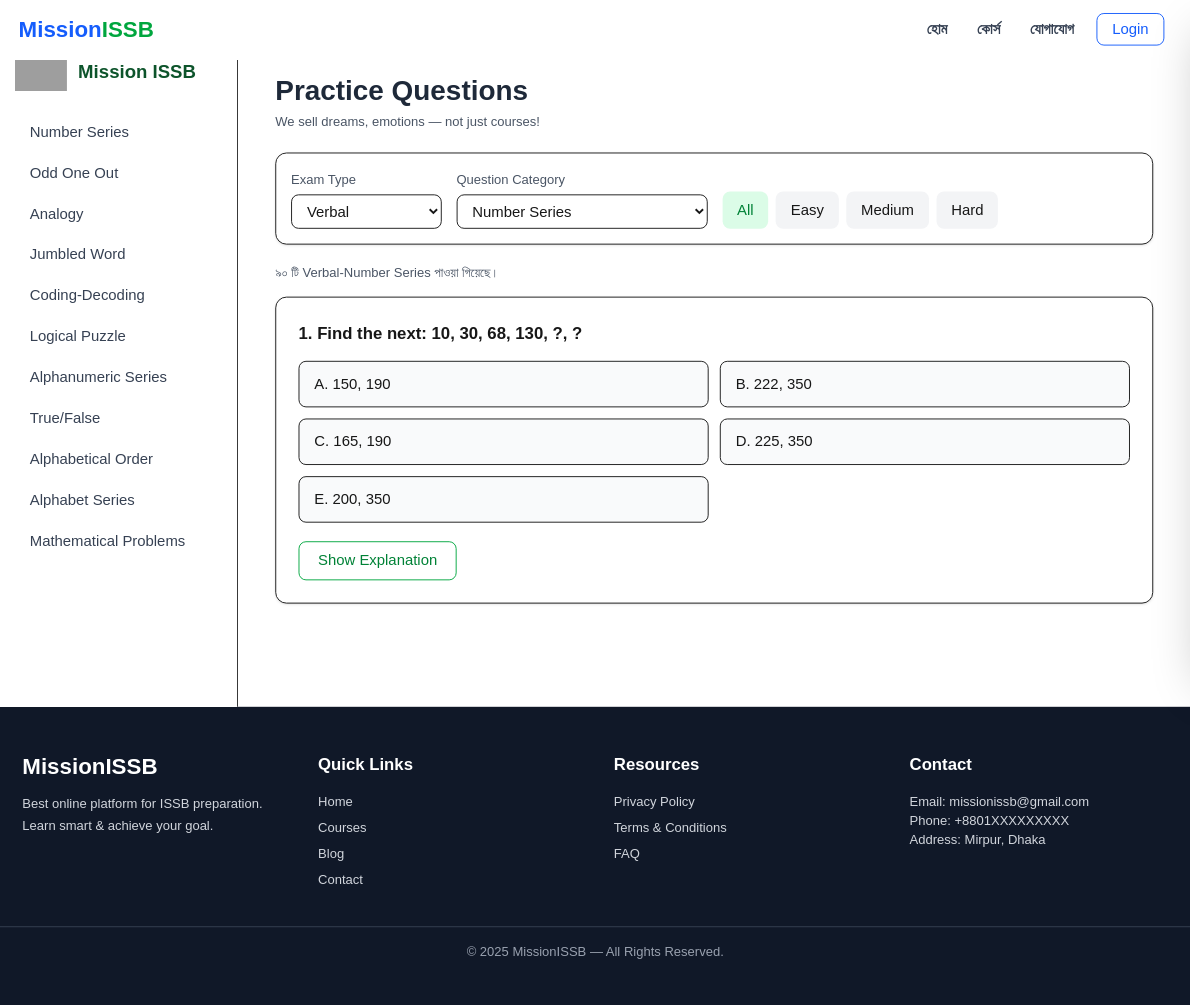
Repository: mdmuhibullahhabib/missionissb
Page: /issb/iq-practice
The author's editor kept a copy of each file at every save. The page is drawn from the files as they stood at one save, then again after a run of saves.
The browser window is 1280 px wide. The pictures show the whole page, at 93% of full size.
Pictures or frames that could not be fetched are drawn as grey boxes. The page's requests for data from a server got no answer. The project was rebuilt for these pictures with package versions that can differ from the ones it lists, and the page was loaded fresh each time. The framework's server and built-in components were replaced by stand-ins that run in the browser. No one was signed in, and anything a server would have sent is missing. Also part of the build but not shown: next.config.mjs.

Above is the page before, as saved 2025-12-11 23:42:18.

### app/layout.js
import { Geist, Geist_Mono } from 'next/font/google'
import './globals.css'
import Footer from '@/components/shared/Footer'
import Navbar from '@/components/shared/Navbar'
import NextAuthProvider from './providers/NextAuthProvider'
import LayoutWrapper from '@/components/LayoutWrapper'

const geistSans = Geist({
  variable: '--font-geist-sans',
  subsets: ['latin']
})

const geistMono = Geist_Mono({
  variable: '--font-geist-mono',
  subsets: ['latin']
})

export const metadata = {
  title: 'Mission ISSB',
  description: 'Generated by create next app'
}

export default function RootLayout({ children }) {
  return (
    <html lang='en' suppressHydrationWarning={true}>
      <body
        className={`${geistSans.variable} ${geistMono.variable} antialiased`}
      >
        <NextAuthProvider>

                    <LayoutWrapper>{children}</LayoutWrapper>


          {/* <Navbar />

          {children}

          <Footer /> */}
        </NextAuthProvider>
      </body>
    </html>
  )
}

### app/issb/iq-practice/page.jsx
"use client";

import React from 'react'
import AsideMenu from './components/AsideMenu';
import PracticeQuestions from './components/PracticeQuestions';

const IqPracticePage = () => {
  return (
    <div className='mt-10 flex'>
        <AsideMenu/>
        <PracticeQuestions/>
        </div>
  )
}

export default IqPracticePage

### components/shared/Footer.jsx
"use client";
import Link from "next/link";

export default function Footer() {
  return (
    <footer className="bg-gray-900 text-gray-300 py-12">
      <div className="max-w-7xl mx-auto grid grid-cols-1 md:grid-cols-4 gap-10 px-6">

        {/* Column 1 */}
        <div>
          <h2 className="text-2xl font-bold text-white">MissionISSB</h2>
          <p className="mt-3 text-sm leading-6">
            Best online platform for ISSB preparation.
            Learn smart & achieve your goal.
          </p>
        </div>

        {/* Column 2 */}
        <div>
          <h3 className="text-lg font-semibold text-white mb-4">Quick Links</h3>
          <ul className="space-y-2 text-sm">
            <li><Link href="/" className="hover:text-white">Home</Link></li>
            <li><Link href="/courses" className="hover:text-white">Courses</Link></li>
            <li><Link href="/blog" className="hover:text-white">Blog</Link></li>
            <li><Link href="/contact" className="hover:text-white">Contact</Link></li>
          </ul>
        </div>

        {/* Column 3 */}
        <div>
          <h3 className="text-lg font-semibold text-white mb-4">Resources</h3>
          <ul className="space-y-2 text-sm">
            <li><Link href="/privacy" className="hover:text-white">Privacy Policy</Link></li>
            <li><Link href="/terms" className="hover:text-white">Terms & Conditions</Link></li>
            <li><Link href="/faq" className="hover:text-white">FAQ</Link></li>
          </ul>
        </div>

        {/* Column 4 */}
        <div>
          <h3 className="text-lg font-semibold text-white mb-4">Contact</h3>
          <p className="text-sm">Email: missionissb@gmail.com</p>
          <p className="text-sm">Phone: +8801XXXXXXXXX</p>
          <p className="text-sm">Address: Mirpur, Dhaka</p>
        </div>
      </div>

      <div className="mt-10 border-t border-gray-700 pt-4 text-center text-gray-400 text-sm">
        © {new Date().getFullYear()} MissionISSB — All Rights Reserved.
      </div>
    </footer>
  );
}

### components/shared/Navbar.jsx
"use client";
import { useState, useEffect } from "react";
import Link from "next/link";
import { FiMenu, FiX } from "react-icons/fi";
import { useSession } from "next-auth/react";
import { useRouter } from "next/navigation";
import DrawerMenu from "../user/UserDrawerMenu";


// Fake user data
const fakeUser = {
    name: "Muhibullah Habib",
    email: "muhib@example.com",
    avatar: "https://i.pravatar.cc/100?img=11",
    role: "admin",
};

export default function Navbar() {
    const [open, setOpen] = useState(false);
    const [scroll, setScroll] = useState(false);
    const router = useRouter();
        const [drawerOpen, setDrawerOpen] = useState(false);
    const [userDrawerOpen, setUserDrawerOpen] = useState(false);
    const { data: session, status } = useSession();
    console.log(session)
    console.log(status)

    // Scroll detection for shadow effect
    useEffect(() => {
        const handleScroll = () => {
            setScroll(window.scrollY > 10);
        };
        window.addEventListener("scroll", handleScroll);
        return () => window.removeEventListener("scroll", handleScroll);
    }, []);

    const navLinks = [
        { name: "হোম", href: "/" },
        { name: "কোর্স", href: "/courses" },
        { name: "যোগাযোগ", href: "/contact" },
    ];

    // User icon click
    const handleUserClick = () => {
        if (status == "authenticated") {
            setUserDrawerOpen(true);
        } else {
            router.push("/auth");
        }
    };

    return (
        <>
            <nav
                className={`w-full fixed top-0 z-50 transition-all ${scroll ? "bg-white shadow-md" : "bg-white"
                    }`}
            >
                <div className="max-w-7xl mx-auto px-5 py-3 flex justify-between items-center">

                    {/* Logo */}
                    <Link href="/" className="text-2xl font-bold text-blue-600">
                        Mission<span className="text-green-600">ISSB</span>
                    </Link>


                    {/* Auth Buttons */}
                    <div className="hidden items-center md:flex gap-4">
                        {/* Desktop Menu */}
                        <div className="hidden md:flex gap-8">
                            {navLinks.map((link) => (
                                <Link
                                    key={link.name}
                                    href={link.href}
                                    className="text-gray-700 font-semibold hover:text-blue-600 transition font-medium"
                                >
                                    {link.name}
                                </Link>
                            ))}
                        </div>

                        {/* User Icon */}
                        <button
                            onClick={handleUserClick}
                            className="p-2 rounded-full hover:bg-gray-100 transition duration-150"
                        >
                            {status == "authenticated" ? (
                                <img
                                    src={fakeUser?.avatar}
                                    alt="user"
                                    className="h-8 w-8 rounded-full border"
                                />
                            ) : (
                                <Link
                                    href="/auth"
                                    className="px-4 py-2 border border-blue-600 text-blue-600 rounded-lg hover:bg-blue-600 hover:text-white transition"
                                >
                                    Login
                                </Link>
                            )}
                        </button>
                    </div>

                    {/* Mobile Toggle */}
                    <button onClick={() => setOpen(!open)} className="md:hidden text-3xl">
                        {open ? <FiX /> : <FiMenu />}
                    </button>
                </div>

                {/* Mobile Menu */}
                <div
                    className={`md:hidden bg-white fixed top-[64px] left-0 w-full h-screen transition-all duration-300 ${open ? "translate-y-0 opacity-100" : "-translate-y-5 opacity-0 pointer-events-none"
                        }`}
                >
                    <div className="flex flex-col gap-6 px-6 py-6 text-lg">
                        {navLinks.map((link) => (
                            <Link
                                key={link.name}
                                href={link.href}
                                onClick={() => setOpen(false)}
                                className="text-gray-700 hover:text-blue-600"
                            >
                                {link.name}
                            </Link>
                        ))}

                        <hr />

                        <Link
                            href="/auth/login"
                            onClick={() => setOpen(false)}
                            className="text-blue-600 font-semibold"
                        >
                            Login
                        </Link>
                    </div>
                </div>
            </nav>

            <DrawerMenu
                isOpen={userDrawerOpen}
                onClose={() => setUserDrawerOpen(false)}
                // user={user}
            />
        </>
    );
}

### app/providers/NextAuthProvider.jsx
"use client"
import { SessionProvider } from 'next-auth/react'
import React from 'react'

const NextAuthProvider = ({ children }) => {
    return <SessionProvider>{children}</SessionProvider>
}

export default NextAuthProvider;

### components/LayoutWrapper.jsx
"use client";

import { usePathname } from "next/navigation";
import Navbar from "./shared/Navbar";
import Footer from "./shared/Footer";

export default function LayoutWrapper({ children }) {
  const pathname = usePathname();
  const isAdmin = pathname.startsWith("/admin");
  const isAuth = pathname.startsWith("/auth");

  return (
    <>
      {!isAdmin && !isAuth && <Navbar />}

      <main>{children}</main>

      {!isAdmin && !isAuth && <Footer />}
    </>
  );
}

### app/issb/iq-practice/components/AsideMenu.jsx
"use client";

import Link from "next/link";

export default function AsideMenu() {
  const menu = [
    "Number Series",
    "Odd One Out",
    "Analogy",
    "Jumbled Word",
    "Coding-Decoding",
    "Logical Puzzle",
    "Alphanumeric Series",
    "True/False",
    "Alphabetical Order",
    "Alphabet Series",
    "Mathematical Problems",
  ];

  return (
    <aside className="w-full md:w-64 bg-white border-r h-full md:h-screen p-4 overflow-y-auto sticky top-0">
      {/* Logo */}
      <div className="flex items-center gap-3 mb-6">
        <img src="/logo.png" alt="Mission ISSB" className="w-14" />
        <h2 className="text-xl font-bold text-green-900">Mission ISSB</h2>
      </div>

      {/* Menu */}
      <div className="space-y-1">
        {menu.map((item, idx) => (
          <Link
            key={idx}
            href={`/iq-practice/${item.toLowerCase().replace(/\s+/g, "-")}`}
            className="block px-4 py-2 rounded-lg text-gray-700 hover:bg-green-100 hover:text-green-700 transition"
          >
            {item}
          </Link>
        ))}
      </div>
    </aside>
  );
}

### app/issb/iq-practice/components/PracticeQuestions.jsx
"use client";

import { useState } from "react";

export default function PracticeQuestions() {
  const [showExplanation, setShowExplanation] = useState(false);

  return (
    <div className="flex-1 p-4 md:p-10">

      {/* Header */}
      <h1 className="text-3xl font-bold text-gray-800">Practice Questions</h1>
      <p className="text-gray-600 mt-1 text-sm">
        We sell dreams, emotions — not just courses!
      </p>

      {/* Filters */}
      <div className="mt-6 bg-white p-4 rounded-xl shadow-sm border flex flex-col md:flex-row gap-4">
        {/* Exam Type */}
        <div>
          <label className="text-gray-600 text-sm">Exam Type</label>
          <select className="mt-1 border px-3 py-2 rounded-lg w-full">
            <option>Verbal</option>
          </select>
        </div>

        {/* Category */}
        <div>
          <label className="text-gray-600 text-sm">Question Category</label>
          <select className="mt-1 border px-3 py-2 rounded-lg w-full">
            <option>Number Series</option>
          </select>
        </div>

        {/* Difficulty */}
        <div className="flex items-end gap-2">
          <button className="px-4 py-2 rounded-lg bg-green-100 text-green-700 font-medium">
            All
          </button>
          <button className="px-4 py-2 rounded-lg bg-gray-100">Easy</button>
          <button className="px-4 py-2 rounded-lg bg-gray-100">Medium</button>
          <button className="px-4 py-2 rounded-lg bg-gray-100">Hard</button>
        </div>
      </div>

      {/* Count */}
      <p className="mt-5 text-gray-600 text-sm">৯০ টি Verbal-Number Series পাওয়া গিয়েছে।</p>

      {/* Question Card */}
      <div className="mt-4 bg-white border p-6 rounded-xl shadow-sm">
        <h3 className="font-semibold text-lg">
          1. Find the next: 10, 30, 68, 130, ?, ?
        </h3>

        {/* Options */}
        <div className="mt-4 grid grid-cols-1 md:grid-cols-2 gap-3">
          {["150, 190", "222, 350", "165, 190", "225, 350", "200, 350"].map(
            (opt, i) => (
              <div
                key={i}
                className={`px-4 py-3 rounded-lg border bg-gray-50 hover:bg-gray-100 cursor-pointer`}
              >
                {String.fromCharCode(65 + i)}. {opt}
              </div>
            )
          )}
        </div>

        {/* Explanation */}
        <button
          onClick={() => setShowExplanation(!showExplanation)}
          className="mt-5 px-5 py-2 border border-green-600 text-green-700 rounded-lg hover:bg-green-50"
        >
          Show Explanation
        </button>

        {showExplanation && (
          <p className="mt-3 text-gray-700">
            Explanation will go here...
          </p>
        )}
      </div>
    </div>
  );
}

### components/user/UserDrawerMenu.jsx
"use client";

import { FiX, FiUser, FiShoppingBag, FiSettings, FiGrid, FiLogOut } from "react-icons/fi";
import { motion, AnimatePresence } from "framer-motion";
import Image from "next/image";
import { useRouter } from "next/navigation";
import { signOut, useSession } from "next-auth/react";
import Link from "next/link";

export default function DrawerMenu({ isOpen, onClose, user = {} }) {
  const router = useRouter();
  const { data: session, status } = useSession();
  console.log(session)

  const handleNavigate = (path) => {
    onClose();
    router.push(path);
  };

  const handleLogout = async () => {
    // You can replace with your logout logic
    console.log("User logged out");
    onClose();
    await signOut();
  };

  const isAdmin = user?.role === "admin";

  return (
    <>
      {/* Overlay */}
      <AnimatePresence>
        {isOpen && (
          <motion.div
            initial={{ opacity: 0 }}
            animate={{ opacity: 1 }}
            exit={{ opacity: 0 }}
            onClick={onClose}
            className="fixed inset-0 bg-black/30 backdrop-blur-sm z-40 cursor-pointer"
          />
        )}
      </AnimatePresence>

      {/* Drawer */}
      <motion.div
        initial={{ x: "100%" }}
        animate={{ x: isOpen ? 0 : "100%" }}
        exit={{ x: "100%" }}
        transition={{ type: "spring", stiffness: 100, damping: 20 }}
        className="fixed top-0 right-0 h-full w-80 sm:w-96 bg-white shadow-2xl z-50 flex flex-col"
      >
        {/* Header */}
        <div className="flex justify-between items-center p-4 border-b">
          <div className="flex items-center gap-3">
            <Image
              src={user?.photo || "https://i.ibb.co/5j9n3yH/default-avatar.png"}
              width={40}
              height={40}
              alt="User avatar"
              className="rounded-full object-cover"
            />
            <div>
              <p className="font-semibold text-gray-800">
                {user?.name || "Guest User"}
              </p>
              <p className="text-xs text-gray-500">
                {isAdmin ? "Administrator" : "Regular User"}
              </p>
            </div>
          </div>
          <button onClick={onClose} className="text-gray-600 hover:text-red-500">
            <FiX className="h-6 w-6" />
          </button>
        </div>

        {/* Menu Items */}
        <div className="flex-1 overflow-y-auto p-5 space-y-4 text-gray-700">
          <button
            onClick={() => handleNavigate("/profile")}
            className="flex items-center gap-3 w-full p-3 rounded-xl hover:bg-gray-100 transition"
          >
            <FiUser className="text-red-500" />
            <span>My Profile</span>
          </button>

          <Link
            href={"/mycourse"}
            // onClick={() => handleNavigate("/mycourse")}
            className="flex items-center gap-3 w-full p-3 rounded-xl hover:bg-gray-100 transition"
          >
            <FiShoppingBag className="text-red-500" />
            <span>My Courses</span>
          </Link>

          <Link
            href={"/admin/dashboard"}
            // onClick={() => handleNavigate("/mycourse")}
            className="flex items-center gap-3 w-full p-3 rounded-xl hover:bg-gray-100 transition"
          >
            <FiShoppingBag className="text-red-500" />
            <span>Admin Dashboard</span>
          </Link>

          {isAdmin && (
            <button
              onClick={() => handleNavigate("/admin/dashboard")}
              className="flex items-center gap-3 w-full p-3 rounded-xl hover:bg-gray-100 transition"
            >
              <FiGrid className="text-red-500" />
              <span>Admin Dashboard</span>
            </button>
          )}
        </div>

        {/* Footer */}
        <div className="border-t p-4">
          <button
            onClick={handleLogout}
            className="flex items-center justify-center gap-2 w-full py-2 bg-red-600 text-white font-medium rounded-xl hover:bg-red-700 transition"
          >
            <FiLogOut />
            Logout
          </button>
        </div>
      </motion.div>
    </>
  );
}

Loaded but not shown: app/globals.css (common file)

After the next 2 saves:
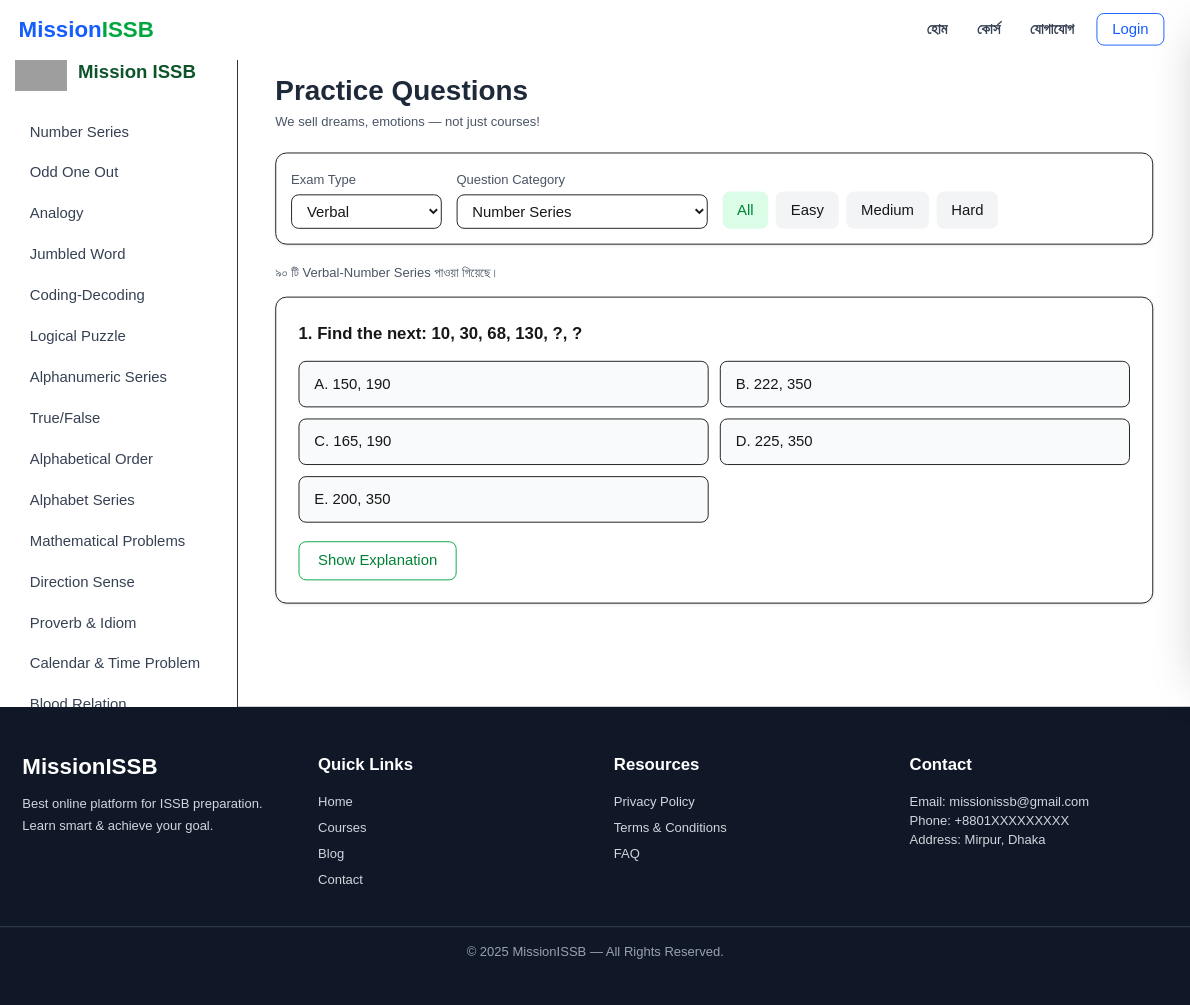
The 2 saves are shown as one change because they came seconds apart.
The last was saved 2 min 34 s later.
--- a/app/issb/iq-practice/components/AsideMenu.jsx
+++ b/app/issb/iq-practice/components/AsideMenu.jsx
@@ -15,6 +15,32 @@ export default function AsideMenu() {
     "Alphabetical Order",
     "Alphabet Series",
     "Mathematical Problems",
+    "Direction Sense",
+"Proverb & Idiom",
+"Calendar & Time Problem",
+"Blood Relation",
+"Age Problem",
+"Riddle",
+"General Knowledge",
+"Synonym/Antonym",
+"One-Word Substitution",
+"Ordering & Ranking",
+"Others",
+"Non-Verbal",
+"Raven IQ",
+"Mixed Non Verbal",
+"Completion of Series",
+"Analogy",
+"Classification",
+"Completion of Figures",
+"Paper Folding",
+"Paper Cutting",
+"Mirror Image",
+"Formation of Figures",
+"Embedded Figures",
+"Figure Matrix",
+"Water Image"
+
   ];
 
   return (
